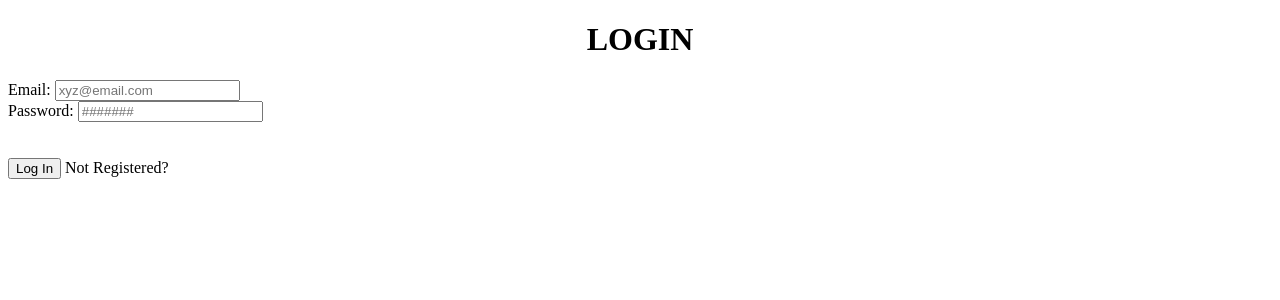
Repository: smokiesam/OnlineVotingSystem
Page: servletvoting/src/main/webapp/index.html
These files come from the project's save history. The page is drawn as it stood at one moment and after the next save; the edit follows.
The browser window is 1280 px wide. The pictures show the whole page.

Above is the page before, as saved 2024-12-03 10:50:11.

### servletvoting/src/main/webapp/index.html
<!DOCTYPE html>
<html>
<head>
<meta charset="ISO-8859-1">
<title>LOGIN</title>
</head>
<body>
	<h1 style="text-align: center;"">LOGIN</h1>
	<form method="post" action="login">
		<label>Email:</label>
		<input type="text" name="email" placeholder="xyz@email.com" ><br>
		<label>Password:</label>
		<input type="password" name="passwd" placeholder="#######" ><br/>
		<br><br>
		<input type="submit" value="Log In" >
		Not Registered?<a href="newuser.html>Sign Up</a>
	</form>
</body>
</html>

After the next save:
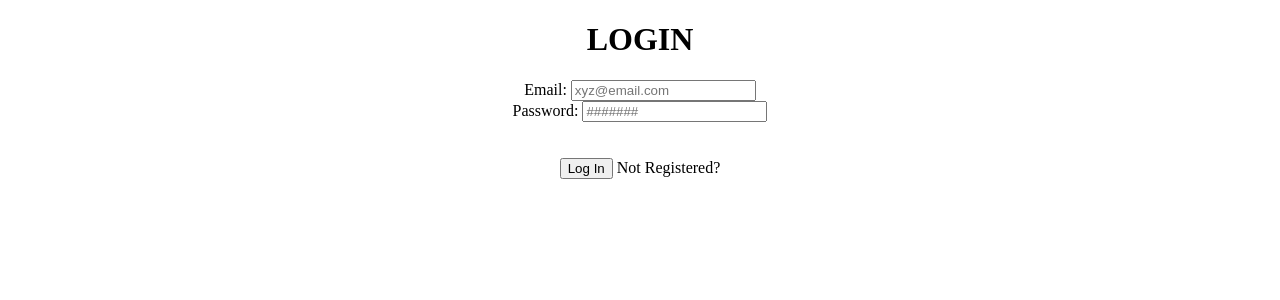
Saved 2 min 9 s later.
--- a/servletvoting/src/main/webapp/index.html
+++ b/servletvoting/src/main/webapp/index.html
@@ -4,9 +4,9 @@
 <meta charset="ISO-8859-1">
 <title>LOGIN</title>
 </head>
-<body>
-	<h1 style="text-align: center;"">LOGIN</h1>
-	<form method="post" action="login">
+<body style="text-align: center;">
+	<h1>LOGIN</h1>
+	<form style="text-align: center;" method="post" action="login">
 		<label>Email:</label>
 		<input type="text" name="email" placeholder="xyz@email.com" ><br>
 		<label>Password:</label>
